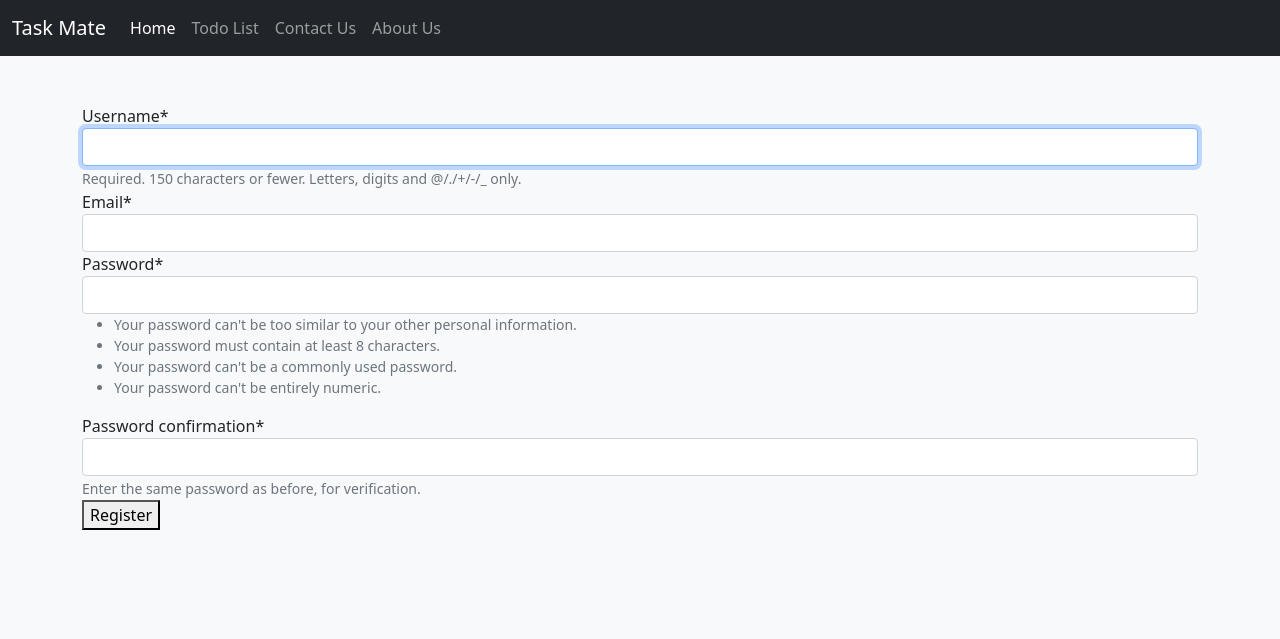
Repository: itathagata/Registration_System
Page: http://localhost/account/register
These files come from the project's save history. The page is drawn as it stood at one moment and after the next save; the edit follows.
The browser window is 1280 px wide. The pictures show the whole page.
The page is served by the project's application, run on Django 2.2 (manage.py). Other server files are loaded and not shown.

Above is the page before, as saved 2021-06-05 23:07:25.

### users_app/views.py
from django.shortcuts import render,redirect
from .forms import CustomRegisterForm
from django.contrib import messages
def register(request):
    if request.method =="POST":
        register_form = CustomRegisterForm(request.POST)
        if register_form.is_valid():
            register_form.save()
            messages.success(request, ("New User Account Created, Login to get started!"))
            return redirect('register')

    else:
        register_form = CustomRegisterForm()
    return render(request,'register.html',{'register_form':register_form})

### users_app/templates/register.html
{% extends 'base.html' %}
{% load crispy_forms_tags %}
{% block title %}
<title>Register</title>
{% endblock title %}

{% block content %}
    <div class="container">

        {%if messages%}
            {% for message in messages %}
                <div class="alert alert-warning alert-dismissible fade show" role="alert">
                        {{ message }}
                        <button type="button" class="btn-close" data-bs-dismiss="alert" aria-label="Close">
                        </button>
                </div>
            {% endfor %}
        {% endif %}
        <form method="POST" class="mt-5">
            {% csrf_token %}

            {{ register_form|crispy }}

            <button type="submit">Register</button>

        </form>

    </div>
{% endblock content %}

### templates/base.html

{% load static %}
<!doctype html>
<html lang="en">
  <head>
    <!-- Required meta tags -->
    <meta charset="utf-8">
    <meta name="viewport" content="width=device-width, initial-scale=1">

    <!-- Bootstrap CSS -->
    <link href="https://cdn.jsdelivr.net/npm/bootstrap@5.0.1/dist/css/bootstrap.min.css" rel="stylesheet" integrity="sha384-+0n0xVW2eSR5OomGNYDnhzAbDsOXxcvSN1TPprVMTNDbiYZCxYbOOl7+AMvyTG2x" crossorigin="anonymous">
    <link rel="icon" href="{% static 'images/favicon.ico' %}" type="images/gif" sizes="16x16">
    {% block title %}
    {% endblock title %}
    <nav class="navbar navbar-expand-lg navbar-dark bg-dark">
  <div class="container-fluid">
    <a class="navbar-brand" href="{% url 'index'%}">Task Mate</a>
    <button class="navbar-toggler" type="button" data-bs-toggle="collapse" data-bs-target="#navbarNavAltMarkup" aria-controls="navbarNavAltMarkup" aria-expanded="false" aria-label="Toggle navigation">
      <span class="navbar-toggler-icon"></span>
    </button>
    <div class="collapse navbar-collapse" id="navbarNavAltMarkup">
      <div class="navbar-nav">
        <a class="nav-link active" aria-current="page" href="{% url 'index'%}">Home</a>
        <a class="nav-link" href="{% url 'todolist'%}">Todo List</a>
        <a class="nav-link" href="{% url 'contact'%}">Contact Us</a>
        <a class="nav-link" href="{% url 'about'%}">About Us</a>
      </div>
    </div>
  </div>
</nav>
  </head>
  <body class="bg-light">
  {% block content %}{% endblock content %}
    <script src="https://cdn.jsdelivr.net/npm/bootstrap@5.0.1/dist/js/bootstrap.bundle.min.js" integrity="sha384-gtEjrD/SeCtmISkJkNUaaKMoLD0//ElJ19smozuHV6z3Iehds+3Ulb9Bn9Plx0x4" crossorigin="anonymous"></script>
  </body>
</html>

### users_app/forms.py
from django import forms
from django.contrib.auth.forms import UserCreationForm
from django.contrib.auth.models import User
class CustomRegisterForm(UserCreationForm):
    email = forms.EmailField()

    class Meta:
        model = User
        fields = ['username','email','password1','password2']

### taskmate/urls.py

from django.contrib import admin
from django.urls import path, include
from todolist_app import views as todolist_views
urlpatterns = [
    path('admin/', admin.site.urls),
    path('', todolist_views.index, name='index'),
    path('todolist', include('todolist_app.urls')),
    path('account/', include('users_app.urls')),
    path('contact', todolist_views.contact, name='contact'),
    path('about-us', todolist_views.about, name='about'),
]

### todolist_app/urls.py
from todolist_app import views
from django.urls import path
urlpatterns = [
    path('/', views.todolist, name='todolist'),
    path('/delete/<task_id>', views.delete_task, name='delete_task'),
    path('/edit/<task_id>', views.edit_task, name='edit_task'),
    path('/complete/<task_id>', views.complete_task, name='complete_task'),
    path('/pending/<task_id>', views.pending_task, name='pending_task'),


]

### users_app/urls.py
from users_app import views
from django.urls import path

urlpatterns = [
    path('register', views.register, name='register'),
]

After the next save:
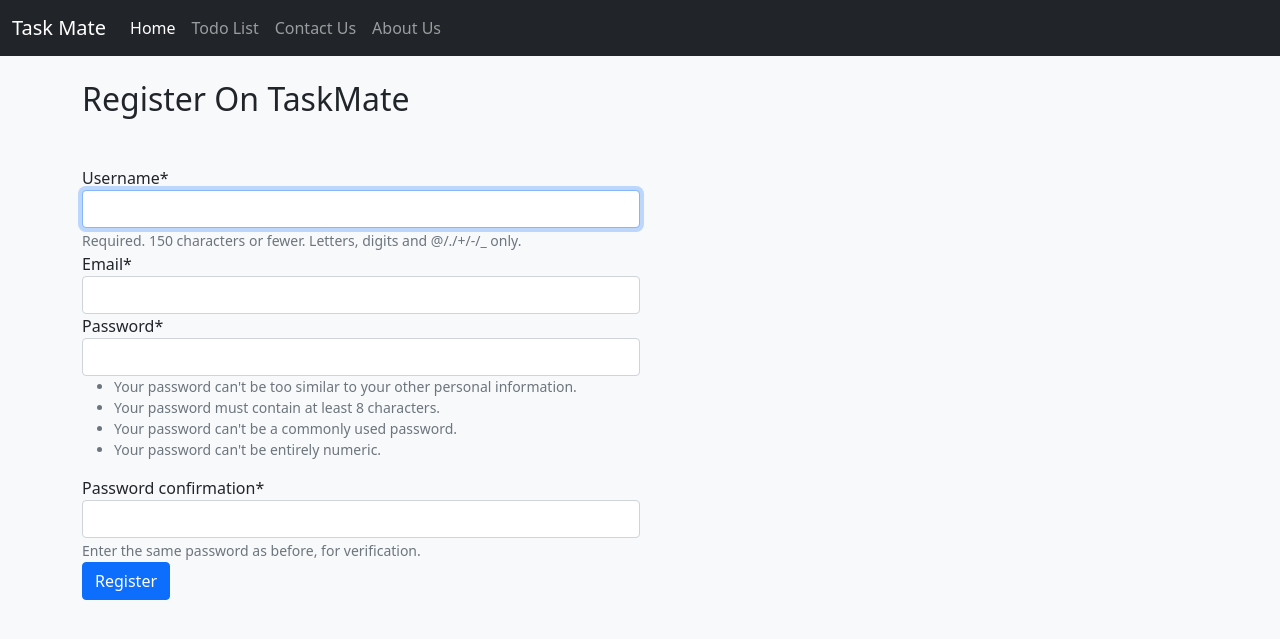
Saved 2 h 42 min later.
--- a/users_app/templates/register.html
+++ b/users_app/templates/register.html
@@ -6,7 +6,8 @@
 
 {% block content %}
     <div class="container">
-
+        </br>
+        <h2>Register On TaskMate</h2>
         {%if messages%}
             {% for message in messages %}
                 <div class="alert alert-warning alert-dismissible fade show" role="alert">
@@ -16,12 +17,12 @@
                 </div>
             {% endfor %}
         {% endif %}
-        <form method="POST" class="mt-5">
+        <form method="POST" class="mt-5 col-6">
             {% csrf_token %}
 
             {{ register_form|crispy }}
 
-            <button type="submit">Register</button>
+            <button class ="btn btn-primary mb-5"type="submit">Register</button>
 
         </form>
 
